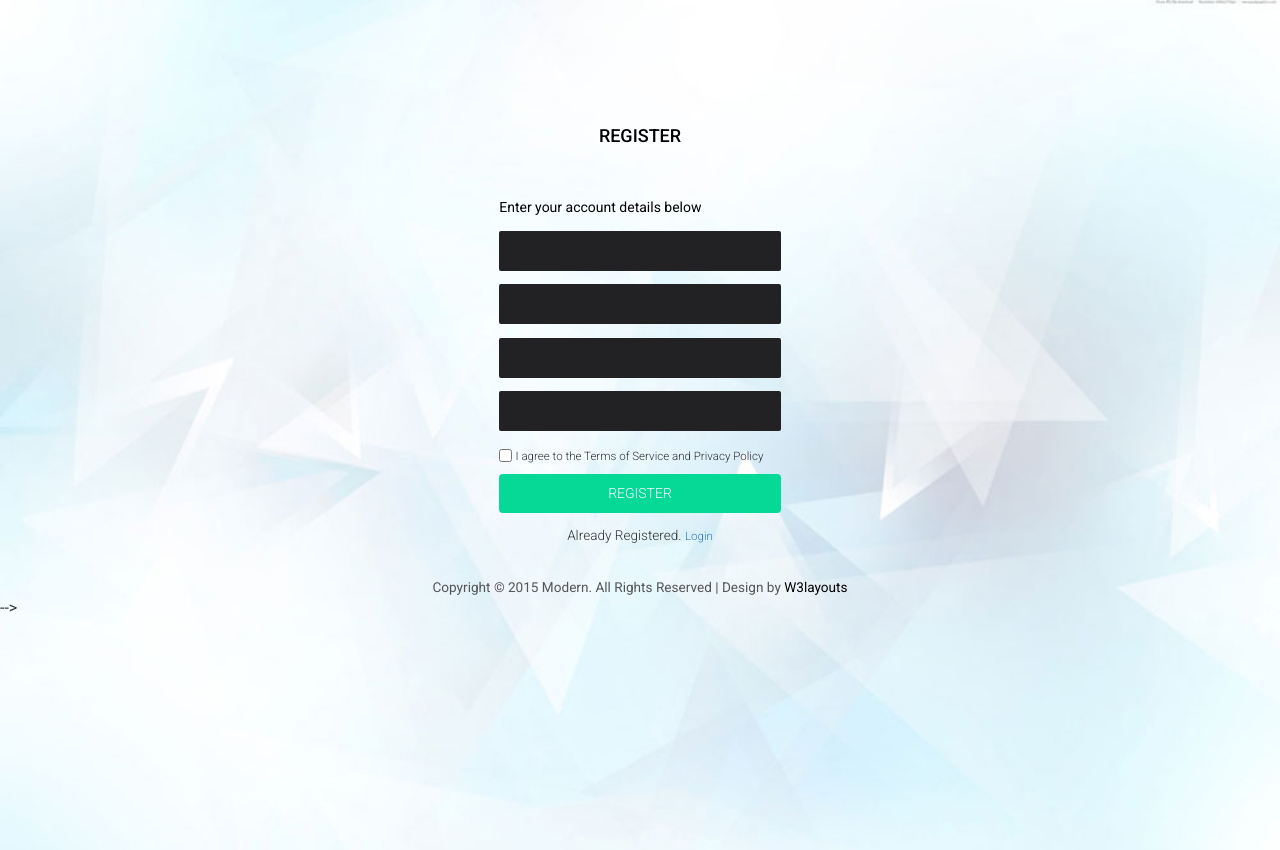
Repository: NomanMustafa/laravel-blog
Page: http://localhost/register
The author's editor kept a copy of each file at every save. The page is drawn from the files as they stood at one save, then again after the next save.
The browser window is 1280 px wide. The pictures show the whole page.
The page is served by the project's Laravel application, run on PHP 8.4 with Laravel 8. Other server files are loaded and not shown.

Above is the page before, as saved 2020-07-04 23:31:44.

### routes/web.php
<?php

use Illuminate\Support\Facades\Route;

/*
|--------------------------------------------------------------------------
| Web Routes
|--------------------------------------------------------------------------
|
| Here is where you can register web routes for your application. These
| routes are loaded by the RouteServiceProvider within a group which
| contains the "web" middleware group. Now create something great!
|
 */

// Route::get('/', function () {
//     return view('welcome');
// });
Route::get('/', 'PublicControler@index')->name('index');
Route::get('post/{id}', 'PublicControler@singlePost')->name('singlePost');
Route::get('/about', 'PublicControler@about')->name('about');
Route::get('/contect', 'PublicControler@contect')->name('contect');
Route::post('/contect', 'PublicControler@contectPost')->name('contectPost');

Auth::routes();
Route::get('/dashboard', 'HomeController@index')->name('dashboard');

Route::prefix('admin')->group(function(){
    Route::get('/dashboard' , 'AdminController@dashboard')->name('adminDashboard');
});

### resources/views/auth/register.blade.php
@extends('layouts.auth')
@section('content')
<div class="login-logo">
    <a href="index.html"><img src="images/logo.png" alt="" /></a>
</div>
<h2 class="form-heading">Register</h2>
<form class="form-signin app-cam" method="POST" action="{{ route('register') }}">
    @csrf
  <p> Enter your account details below</p>
    <input type="text" class="form-control1" @error('name') is-invalid @enderror" name="name" value="{{ old('name') }}" required autocomplete="name" autofocus>
    @error('name')
    <span class="invalid-feedback" role="alert">
        <strong>{{ $message }}</strong>
    </span>
    @enderror
    <input type="email" class="form-control1" @error('email') is-invalid @enderror" name="email" value="{{ old('email') }}" required autocomplete="email">
    @error('email')
    <span class="invalid-feedback" role="alert">
        <strong>{{ $message }}</strong>
    </span>
    @enderror
    <input type="password" class="form-control1" @error('password') is-invalid @enderror" name="password" required autocomplete="new-password">
    @error('password')
    <span class="invalid-feedback" role="alert">
        <strong>{{ $message }}</strong>
    </span>
    @enderror
    <input id="password-confirm" type="password" class="form-control1" name="password_confirmation" required autocomplete="new-password">

    <label class="checkbox-custom check-success">
        <input type="checkbox" value="agree this condition" id="checkbox1"> <label for="checkbox1">I agree to the Terms of Service and Privacy Policy</label>
    </label>
    <button class="btn btn-lg btn-success1 btn-block" type="submit">{{ __('Register') }}</button>
    <div class="registration">
        Already Registered.
        <a class="" href="login.html">
           {{ __('Login') }}
        </a>
    </div>
</form>
<div class="copy_layout login register">
    <p>Copyright &copy; 2015 Modern. All Rights Reserved | Design by <a href="http://w3layouts.com/" target="_blank">W3layouts</a> </p>
</div>
@endsection





<!--
<div class="container">
    <div class="row justify-content-center">
        <div class="col-md-8">
            <div class="card">
                <div class="card-header">{{ __('Register') }}</div>

                <div class="card-body">
                    <form method="POST" action="{{ route('register') }}">
                        @csrf

                        <div class="form-group row">
                            <label for="name" class="col-md-4 col-form-label text-md-right">{{ __('Name') }}</label>

                            <div class="col-md-6">
                                <input id="name" type="text" class="form-control @error('name') is-invalid @enderror" name="name" value="{{ old('name') }}" required autocomplete="name" autofocus>

                                @error('name')
                                    <span class="invalid-feedback" role="alert">
                                        <strong>{{ $message }}</strong>
                                    </span>
                                @enderror
                            </div>
                        </div>

                        <div class="form-group row">
                            <label for="email" class="col-md-4 col-form-label text-md-right">{{ __('E-Mail Address') }}</label>

                            <div class="col-md-6">
                                <input id="email" type="email" class="form-control @error('email') is-invalid @enderror" name="email" value="{{ old('email') }}" required autocomplete="email">

                                @error('email')
                                    <span class="invalid-feedback" role="alert">
                                        <strong>{{ $message }}</strong>
                                    </span>
                                @enderror
                            </div>
                        </div>

                        <div class="form-group row">
                            <label for="password" class="col-md-4 col-form-label text-md-right">{{ __('Password') }}</label>

                            <div class="col-md-6">
                                <input id="password" type="password" class="form-control @error('password') is-invalid @enderror" name="password" required autocomplete="new-password">

                                @error('password')
                                    <span class="invalid-feedback" role="alert">
                                        <strong>{{ $message }}</strong>
                                    </span>
                                @enderror
                            </div>
                        </div>

                        <div class="form-group row">
                            <label for="password-confirm" class="col-md-4 col-form-label text-md-right">{{ __('Confirm Password') }}</label>

                            <div class="col-md-6">
                                <input id="password-confirm" type="password" class="form-control" name="password_confirmation" required autocomplete="new-password">
                            </div>
                        </div>

                        <div class="form-group row mb-0">
                            <div class="col-md-6 offset-md-4">
                                <button type="submit" class="btn btn-primary">
                                    {{ __('Register') }}
                                </button>
                            </div>
                        </div>
                    </form>
                </div>
            </div>
        </div>
    </div>
</div>
-->

### resources/views/layouts/auth.blade.php
<!DOCTYPE HTML>
<html>
<head>
    <title>Modern an Admin Panel Category Flat Bootstarp Resposive Website Template | Login :: w3layouts</title>
    <meta name="viewport" content="width=device-width, initial-scale=1">
    <meta http-equiv="Content-Type" content="text/html; charset=utf-8" />
    <meta name="keywords" content="Modern Responsive web template, Bootstrap Web Templates, Flat Web Templates, Andriod Compatible web template,
Smartphone Compatible web template, free webdesigns for Nokia, Samsung, LG, SonyErricsson, Motorola web design" />
    <script type="application/x-javascript">
        addEventListener("load", function() {
            setTimeout(hideURLbar, 0);
        }, false);

        function hideURLbar() {
            window.scrollTo(0, 1);
        }

    </script>
    <!-- Bootstrap Core CSS -->
    <link href="{{ asset('admin/assets/css/bootstrap.min.css') }}" rel='stylesheet' type='text/css' />
    <!-- Custom CSS -->
    <link href="{{ asset('admin/assets/css/style.css') }}" rel='stylesheet' type='text/css' />
    <link href="{{ asset('admin/assets/css/font-awesome.css') }}" rel="stylesheet">
    <!-- jQuery -->
    <script src="{{ asset('admin/assets/js/jquery.min.js') }}"></script>
    <!----webfonts--->
    <link href='http://fonts.googleapis.com/css?family=Roboto:400,100,300,500,700,900' rel='stylesheet' type='text/css'>
    <!---//webfonts--->
    <!-- Bootstrap Core JavaScript -->
    <script src="{{ asset('admin/assets/js/bootstrap.min.js') }}"></script>
</head>
<body id="login">
   @yield('content')
</body>
</html>

-->

Loaded but not shown: app/Providers/AppServiceProvider.php (common file); app/Http/Controllers/Auth/LoginController.php (common file); app/Http/Controllers/Controller.php (common file); app/Http/Controllers/Auth/ConfirmPasswordController.php (common file); app/Http/Controllers/Auth/RegisterController.php (common file); public/admin/assets/css/bootstrap.min.css (library); public/admin/assets/css/font-awesome.css (library); public/admin/assets/js/jquery.min.js (library); public/admin/assets/js/bootstrap.min.js (library); public/admin/assets/css/style.css (2713 lines, source omitted)

After the next save:
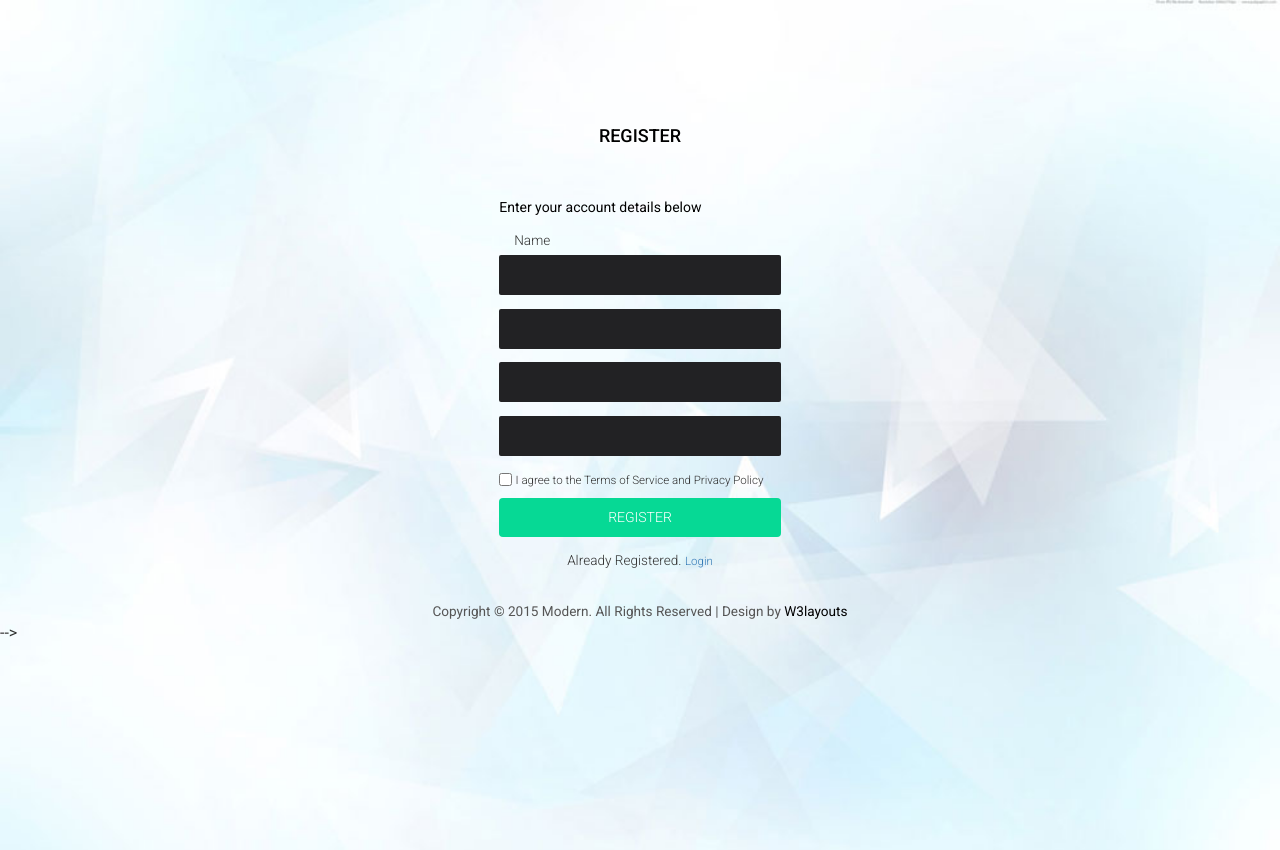
Saved 39 s later.
--- a/resources/views/auth/register.blade.php
+++ b/resources/views/auth/register.blade.php
@@ -7,6 +7,7 @@
 <form class="form-signin app-cam" method="POST" action="{{ route('register') }}">
     @csrf
   <p> Enter your account details below</p>
+   <label for="name" class="col-md-4 col-form-label text-md-right">{{ __('Name') }}</label>
     <input type="text" class="form-control1" @error('name') is-invalid @enderror" name="name" value="{{ old('name') }}" required autocomplete="name" autofocus>
     @error('name')
     <span class="invalid-feedback" role="alert">
